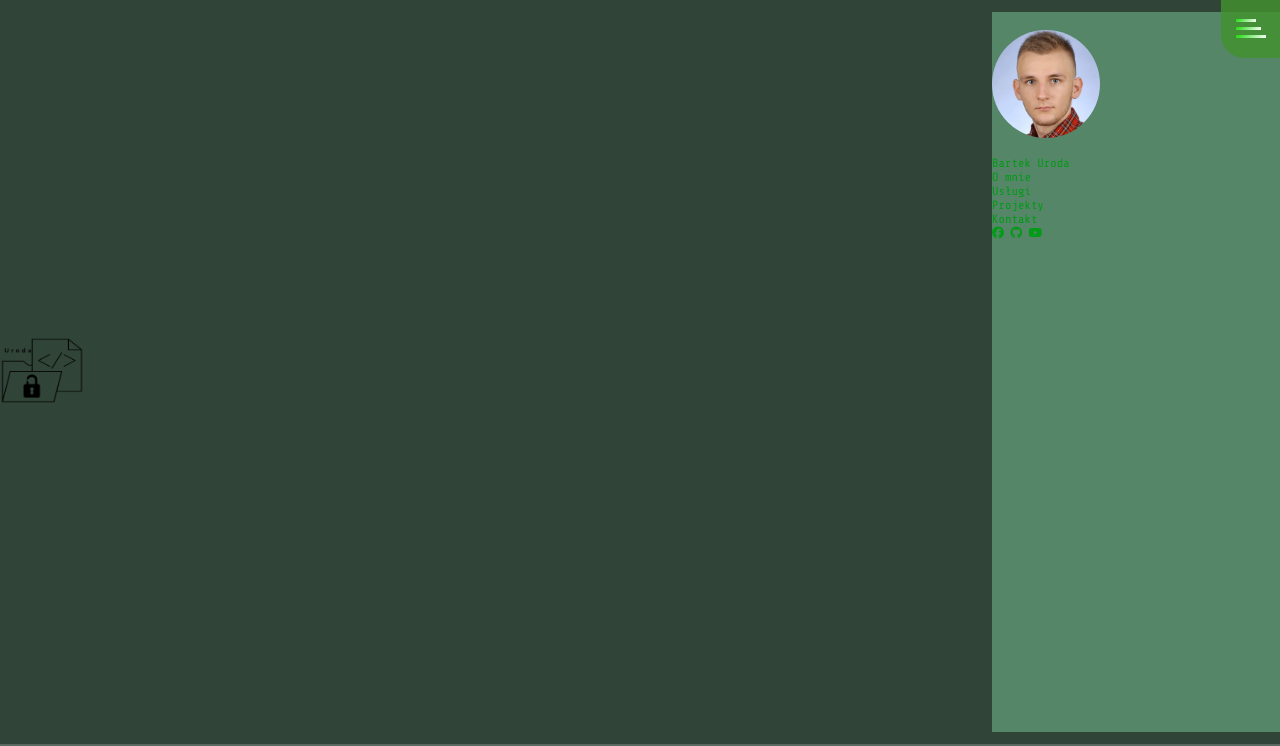
Repository: BartekUroda/portfolio
Page: index.html
These files come from the project's save history. The page is drawn as it stood at one moment and after the next save; the edit follows.
The browser window is 1280 px wide. The pictures show the whole page.
Some web libraries are served in a nearby version.

Above is the page before, as saved 2020-10-26 21:37:28.

After the next save:
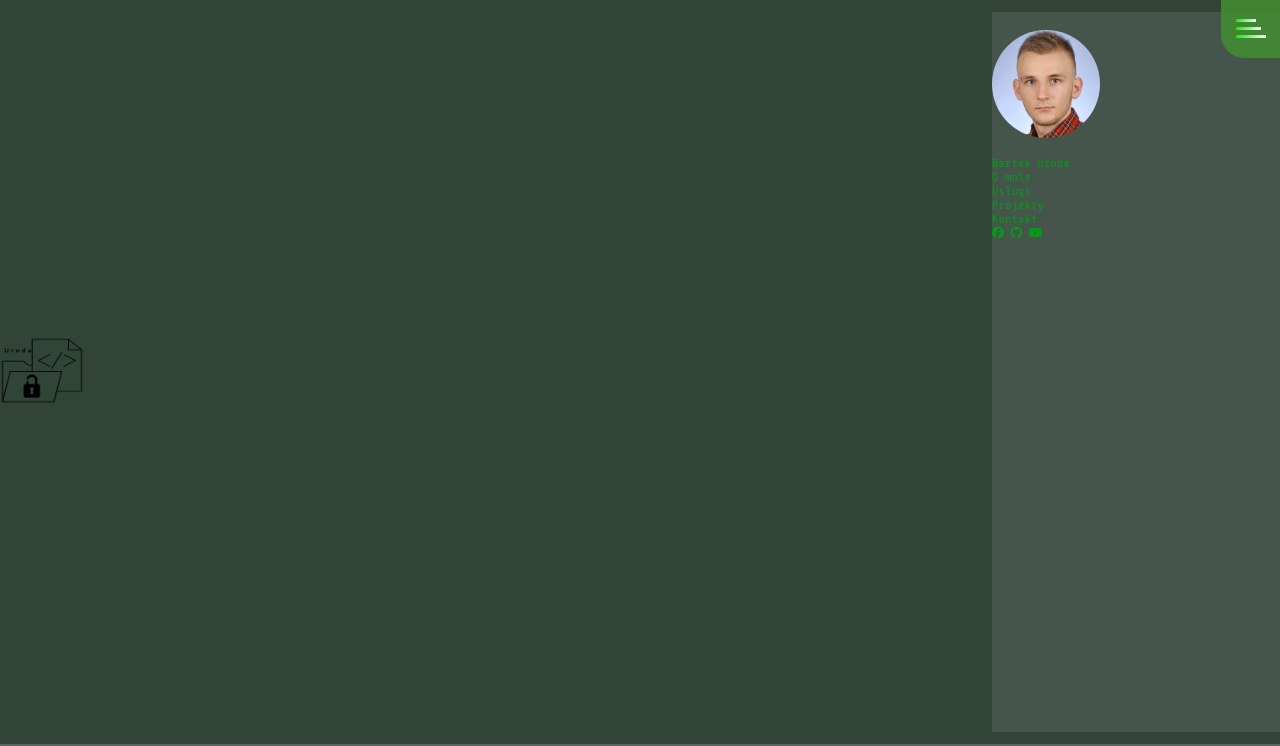
Saved 11 s later.
--- a/css/style.css
+++ b/css/style.css
@@ -115,5 +115,5 @@ nav {
 .nav-list {
     width: 24rem;
     height: 100vh;
-    background-color:  rgb(85, 134, 103);
+    background-color:  rgb(69, 85, 75);
 }
